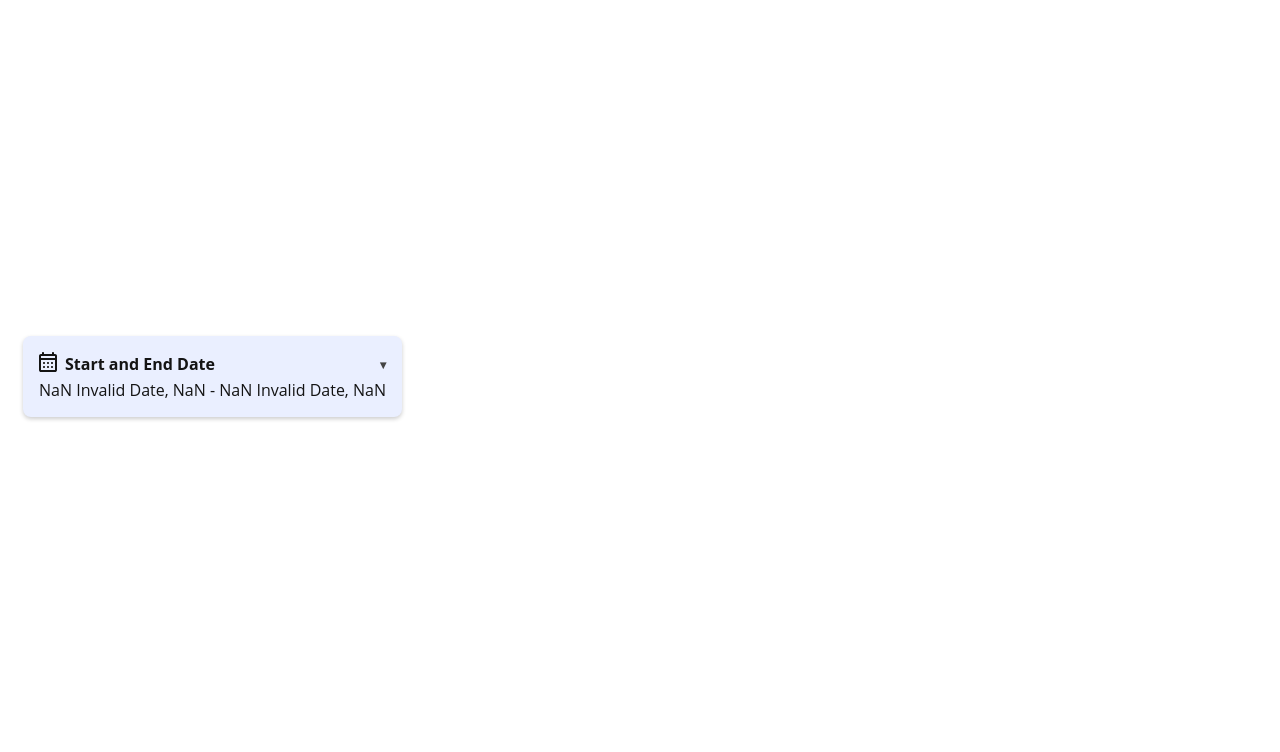
Repository: brunaguarizo/mosaic_app
Page: /
These files come from the project's save history. The page is drawn as it stood at one moment and after the next save; the edit follows.
The browser window is 1280 px wide. The pictures show the whole page.
The project was rebuilt for these pictures with package versions that can differ from the ones it lists, and the page was loaded fresh each time. The framework's server and built-in components were replaced by stand-ins that run in the browser. Also part of the build but not shown: next.config.mjs, app/_ui/navbar/Navbar.js, app/_ui/Button/Button.js, app/_ui/Tag/Tag.js, app/_ui/Project_card/Project_card.js, app/_ui/Date_PopUp/Date_PopUp.module.css, app/_ui/Date_PopUp/Date_PopUp.js.

Above is the page before, as saved 2025-04-18 11:26:37.

### app/page.js
import Navbar from "./_ui/Navbar/Navbar";
import ProjectCard from "./_ui/Project_card/Project_card";
import Button from "./_ui/Button/Button";
import DatePicker from "./_ui/Date_PopUp/Date_PopUp";
import DateCard from "./_ui/Date_Card/Date_Card";

export default function Home() {
    return (
        <div>
            <DateCard />
        </div>
    );
}

### app/globals.css
/* ------------------------------------------------------ GENERAL STYLES ------------------------------------------------------ */
*,
*::before,
*::after {
    box-sizing: inherit;
}

html,
body {
    padding: 0;
    margin: 0;
    font-family: var(--font-family);
    box-sizing: border-box;
}

html {
    display: flex;
    justify-content: center;
    align-items: center;
    width: 393px;
    height: 100%;
    margin: var(--space-regular);
}

.container {
}

.two-column {
    display: grid;
    grid-template-columns: 1fr 1fr;
    gap: var(--space-large);
}

/* ------------------------------------------------------ VARIABLES ------------------------------------------------------ */
:root {
    /* ----- COLORS ----- */
    --blue-primary: rgb(43, 95, 252);
    --blue-50: rgb(234, 239, 255);
    --blue-900: rgb(18, 40, 106);
    --white: #ffffff;
    --black: rgb(20, 20, 20);
    --grey-400: rgb(67, 67, 67);
    --yellow-secondary: rgb(255, 218, 1);
    --orange-secondary: rgb(255, 94, 9);
    --green-secondary: rgb(0, 193, 79);
    --purple-secondary: rgb(154, 65, 255);

    /* ----- TYPE ----- */
    --font-family: "Open Sans", sans-serif;

    --header-xxlarge-size: 88px;
    --title-section-font-size: 30px;
    --button-font-size: 24px;
    --body-text-font-size: 20px;
    --menu-font-size: 16px;
    --label-font-size: 12px;

    --font-style-normal: normal;
    --font-weight-bold: bold;

    --line-height-xxlarge: 100px;
    --line-height-large: 36px;
    --line-height-medium: 28px;
    --line-height-small: 20px;

    /* ----- SPACING ----- */
    --space-small: 8px;
    --space-regular: 16px;
    --space-medium: 32px;
    --space-large: 48px;
    --space-extra-large: 140px;
}

### app/_ui/Date_Card/Date_Card.js
"use client";

import styles from "./Date_Card.module.css";

export default function DateCard({ startDate, endDate, onClick }) {
    const formatDate = (date) => {
        const d = new Date(date);
        const day = d.getDate().toString().padStart(2, "0");
        const month = d.toLocaleString("en-US", { month: "short" });
        const year = d.getFullYear();
        return `${day} ${month}, ${year}`;
    };

    return (
        <div
            className={styles.card}
            onClick={onClick}>
            <div className={styles.header}>
                <span className={styles.icon}>
                    <svg
                        width='18'
                        height='20'
                        viewBox='0 0 18 20'
                        fill='none'
                        xmlns='http://www.w3.org/2000/svg'>
                        <path
                            d='M2 20C1.45 20 0.979167 19.8042 0.5875 19.4125C0.195833 19.0208 0 18.55 0 18V4C0 3.45 0.195833 2.97917 0.5875 2.5875C0.979167 2.19583 1.45 2 2 2H3V1C3 0.716667 3.09583 0.479167 3.2875 0.2875C3.47917 0.0958333 3.71667 0 4 0C4.28333 0 4.52083 0.0958333 4.7125 0.2875C4.90417 0.479167 5 0.716667 5 1V2H13V1C13 0.716667 13.0958 0.479167 13.2875 0.2875C13.4792 0.0958333 13.7167 0 14 0C14.2833 0 14.5208 0.0958333 14.7125 0.2875C14.9042 0.479167 15 0.716667 15 1V2H16C16.55 2 17.0208 2.19583 17.4125 2.5875C17.8042 2.97917 18 3.45 18 4V18C18 18.55 17.8042 19.0208 17.4125 19.4125C17.0208 19.8042 16.55 20 16 20H2ZM2 18H16V8H2V18ZM2 6H16V4H2V6ZM9 12C8.71667 12 8.47917 11.9042 8.2875 11.7125C8.09583 11.5208 8 11.2833 8 11C8 10.7167 8.09583 10.4792 8.2875 10.2875C8.47917 10.0958 8.71667 10 9 10C9.28333 10 9.52083 10.0958 9.7125 10.2875C9.90417 10.4792 10 10.7167 10 11C10 11.2833 9.90417 11.5208 9.7125 11.7125C9.52083 11.9042 9.28333 12 9 12ZM5 12C4.71667 12 4.47917 11.9042 4.2875 11.7125C4.09583 11.5208 4 11.2833 4 11C4 10.7167 4.09583 10.4792 4.2875 10.2875C4.47917 10.0958 4.71667 10 5 10C5.28333 10 5.52083 10.0958 5.7125 10.2875C5.90417 10.4792 6 10.7167 6 11C6 11.2833 5.90417 11.5208 5.7125 11.7125C5.52083 11.9042 5.28333 12 5 12ZM13 12C12.7167 12 12.4792 11.9042 12.2875 11.7125C12.0958 11.5208 12 11.2833 12 11C12 10.7167 12.0958 10.4792 12.2875 10.2875C12.4792 10.0958 12.7167 10 13 10C13.2833 10 13.5208 10.0958 13.7125 10.2875C13.9042 10.4792 14 10.7167 14 11C14 11.2833 13.9042 11.5208 13.7125 11.7125C13.5208 11.9042 13.2833 12 13 12ZM9 16C8.71667 16 8.47917 15.9042 8.2875 15.7125C8.09583 15.5208 8 15.2833 8 15C8 14.7167 8.09583 14.4792 8.2875 14.2875C8.47917 14.0958 8.71667 14 9 14C9.28333 14 9.52083 14.0958 9.7125 14.2875C9.90417 14.4792 10 14.7167 10 15C10 15.2833 9.90417 15.5208 9.7125 15.7125C9.52083 15.9042 9.28333 16 9 16ZM5 16C4.71667 16 4.47917 15.9042 4.2875 15.7125C4.09583 15.5208 4 15.2833 4 15C4 14.7167 4.09583 14.4792 4.2875 14.2875C4.47917 14.0958 4.71667 14 5 14C5.28333 14 5.52083 14.0958 5.7125 14.2875C5.90417 14.4792 6 14.7167 6 15C6 15.2833 5.90417 15.5208 5.7125 15.7125C5.52083 15.9042 5.28333 16 5 16ZM13 16C12.7167 16 12.4792 15.9042 12.2875 15.7125C12.0958 15.5208 12 15.2833 12 15C12 14.7167 12.0958 14.4792 12.2875 14.2875C12.4792 14.0958 12.7167 14 13 14C13.2833 14 13.5208 14.0958 13.7125 14.2875C13.9042 14.4792 14 14.7167 14 15C14 15.2833 13.9042 15.5208 13.7125 15.7125C13.5208 15.9042 13.2833 16 13 16Z'
                            fill='#141414'
                        />
                    </svg>
                </span>
                <span className={styles.label}>Start and End Date</span>
                <span className={styles.chevron}>▾</span>
            </div>
            <div className={styles.dateRange}>
                {formatDate(startDate)} - {formatDate(endDate)}
            </div>
        </div>
    );
}

### app/_ui/navbar/Navbar.module.css
.nav {
    width: 393px;
    height: 72px;
    justify-content: center;
    align-items: center;
    display: flex;
    flex-direction: row;
    padding: 0;
    margin: 0;
    gap: var(--space-large);
    border-top: 1px solid var(--grey-50);
}

.navbar__item {
    display: flex;
    flex-direction: column;
    justify-content: center;
    align-items: center;
    gap: 4px;
    text-decoration: none;
    width: 60px;
    height: 44px;
    padding-left: 32px;
    padding-right: 32px;
    margin: 0;
}

.navbar__icon {
    max-width: 16px;
    padding: 0;
    margin: 0;
    fill: var(--black);
}

.navbar__text {
    color: var(--black);
    font-size: var(--label-font-size);
    font-weight: var(--font-weight-400);
    line-height: var(--line-height-small);
    text-decoration: none;
    padding: 0;
    margin: 0;
}

.navbar__item:hover .navbar__text,
.navbar__item:hover .navbar__icon,
.navbar__item:active .navbar__text,
.navbar__item:active .navbar__icon {
    color: var(--blue-primary);
    fill: var(--blue-primary);
}

/* ------------------------------------------------------ VARIABLES ------------------------------------------------------ */
:root {
    /* ----- COLORS ----- */
    --blue-primary: rgb(43, 95, 252);
    --blue-50: rgb(234, 239, 255);
    --blue-100: #bdcdfe;
    --blue-900: rgb(18, 40, 106);
    --white: #ffffff;
    --black: rgb(20, 20, 20);
    --grey-400: rgb(67, 67, 67);
    --yellow-secondary: rgb(255, 218, 1);
    --orange-secondary: rgb(255, 94, 9);
    --green-secondary: rgb(0, 193, 79);
    --purple-secondary: rgb(154, 65, 255);

    /* ----- TYPE ----- */
    --font-family: "Open Sans", sans-serif;

    --font-size-extra-large: 30px;
    --font-size-large: 24px;
    --font-size-medium: 20px;
    --font-size-regular: 16px;
    --font-size-small: 12px;

    --font-style-normal: normal;
    --font-weight-bold: bold;

    --line-height-xxlarge: 100px;
    --line-height-large: 36px;
    --line-height-medium: 28px;
    --line-height-small: 20px;

    /* ----- SPACING ----- */
    --space-small: 8px;
    --space-regular: 16px;
    --space-medium: 32px;
    --space-large: 48px;
    --space-extra-large: 140px;
}

### app/_ui/Project_card/Project_card.module.css
.card__container {
    display: flex;
    flex-direction: column;
    justify-content: center;
    align-items: center;
    background-color: var(--blue-50);
    border-radius: var(--space-small);
    padding: var(--space-regular);
    gap: var(--space-regular);
}

.card__menu {
    width: 100%;
    display: flex;
    justify-content: flex-end;
    padding: 0;
    margin: 0;
}

.card__icon {
    fill: var(--blue-primary);
    padding: 0;
    margin: 0;

    &:hover {
        fill: var(--blue-900);
    }
}

.card__title {
    font-family: var(--font-family);
    font-size: var(--font-size-regular);
    font-weight: var(--font-weight-bold);
    color: var(--black);
    padding: 0;
    margin: 0;
}

.card__text {
    font-family: var(--font-family);
    font-size: var(--font-size-small);
    font-weight: var(--font-weight-regular);
    color: var(--black);
    text-align: center;
    padding: 0;
    margin: 0;
    max-width: 220px;
}

.date {
    display: flex;
    align-items: center;
    gap: var(--space-small);
    padding: 0;
    margin: 0;
}

.date__icon {
    fill: var(--black);
    padding: 0;
    margin: 0;
}

/* ------------------------------------------------------ VARIABLES ------------------------------------------------------ */
:root {
    /* ----- COLORS ----- */
    --blue-primary: rgb(43, 95, 252);
    --blue-50: rgb(234, 239, 255);
    --blue-100: #bdcdfe;
    --blue-900: rgb(18, 40, 106);
    --white: #ffffff;
    --black: rgb(20, 20, 20);
    --grey-400: rgb(67, 67, 67);
    --yellow-secondary: rgb(255, 218, 1);
    --orange-secondary: rgb(255, 94, 9);
    --green-secondary: rgb(0, 193, 79);
    --purple-secondary: rgb(154, 65, 255);

    /* ----- TYPE ----- */
    --font-family: "Open Sans", sans-serif;

    --font-size-extra-large: 30px;
    --font-size-large: 24px;
    --font-size-medium: 20px;
    --font-size-regular: 16px;
    --font-size-small: 12px;

    --font-style-normal: normal;
    --font-weight-bold: bold;

    --line-height-xxlarge: 100px;
    --line-height-large: 36px;
    --line-height-medium: 28px;
    --line-height-small: 20px;

    /* ----- SPACING ----- */
    --space-small: 8px;
    --space-regular: 16px;
    --space-medium: 32px;
    --space-large: 48px;
    --space-extra-large: 140px;
}

### app/_ui/Button/Button.module.css
.button {
    font-family: var(--font-family);
    font-size: var(--font-size-regular);
    font-weight: var(--font-weight-bold);
    width: 100%;
    padding-top: var(--space-small);
    padding-left: var(--space-regular);
    padding-right: var(--space-regular);
    padding-bottom: var(--space-small);
    border-radius: 100px;
    align-items: center;
    border: none;

    &:hover {
        background-color: var(--blue-900);
        color: var(--white);
    }
}

.primary {
    background: var(--blue-primary);
    color: var(--white);
}

.secondary {
    background-color: var(--white);
    border: 1px solid var(--blue-primary);
    color: var(--blue-primary);
}

.disabled {
    pointer-events: none;
    color: var(--white);
    background-color: var(--blue-100);
}

.small {
    font-size: var(--font-size-small);
    padding: var(--space-small);
    align-items: center;
}

.large {
    font-size: var(--font-size-large);
    padding: var(--space-regular);
}

.error {
    background-color: var(--orange-secondary);
}

/* ------------------------------------------------------ VARIABLES ------------------------------------------------------ */
:root {
    /* ----- COLORS ----- */
    --blue-primary: rgb(43, 95, 252);
    --blue-50: rgb(234, 239, 255);
    --blue-100: #bdcdfe;
    --blue-900: rgb(18, 40, 106);
    --white: #ffffff;
    --black: rgb(20, 20, 20);
    --grey-400: rgb(67, 67, 67);
    --yellow-secondary: rgb(255, 218, 1);
    --orange-secondary: rgb(255, 94, 9);
    --green-secondary: rgb(0, 193, 79);
    --purple-secondary: rgb(154, 65, 255);

    /* ----- TYPE ----- */
    --font-family: "Open Sans", sans-serif;

    --font-size-extra-large: 30px;
    --font-size-large: 24px;
    --font-size-medium: 20px;
    --font-size-regular: 16px;
    --font-size-small: 12px;

    --font-style-normal: normal;
    --font-weight-bold: bold;

    --line-height-xxlarge: 100px;
    --line-height-large: 36px;
    --line-height-medium: 28px;
    --line-height-small: 20px;

    /* ----- SPACING ----- */
    --space-small: 8px;
    --space-regular: 16px;
    --space-medium: 32px;
    --space-large: 48px;
    --space-extra-large: 140px;
}

### app/_ui/Date_Card/Date_Card.module.css
.card {
    background-color: var(--blue-50);
    border-radius: var(--space-small);
    padding: var(--space-regular);
    box-shadow: 0 2px 4px rgba(0, 0, 0, 0.2);
    font-family: var(--font-family);
    cursor: pointer;
    display: flex;
    flex-direction: column;
    width: fit-content;
}

.header {
    display: flex;
    align-items: center;
    gap: var(--space-small);
    font-size: var(--font-size-regular);
    font-weight: var(--font-weight-bold);
    color: var(--black);
}

.icon {
    font-size: var(--font-size-regular);
}

.label {
    flex-grow: 1;
}

.chevron {
    font-size: var(--font-size-small);
    color: var(--grey-400);
}

.dateRange {
    margin-top: 2px;
    font-size: var(--font-size-regular);
    color: var(--black);
}

/* ------------------------------------------------------ VARIABLES ------------------------------------------------------ */
:root {
    /* ----- COLORS ----- */
    --blue-primary: rgb(43, 95, 252);
    --blue-50: rgb(234, 239, 255);
    --blue-100: #bdcdfe;
    --blue-900: rgb(18, 40, 106);
    --white: #ffffff;
    --black: rgb(20, 20, 20);
    --grey-400: rgb(67, 67, 67);
    --yellow-secondary: rgb(255, 218, 1);
    --orange-secondary: rgb(255, 94, 9);
    --green-secondary: rgb(0, 193, 79);
    --purple-secondary: rgb(154, 65, 255);

    /* ----- TYPE ----- */
    --font-family: "Open Sans", sans-serif;

    --font-size-extra-large: 30px;
    --font-size-large: 24px;
    --font-size-medium: 20px;
    --font-size-regular: 16px;
    --font-size-small: 12px;

    --font-style-normal: normal;
    --font-weight-bold: bold;

    --line-height-xxlarge: 100px;
    --line-height-large: 36px;
    --line-height-medium: 28px;
    --line-height-small: 20px;

    /* ----- SPACING ----- */
    --space-small: 8px;
    --space-regular: 16px;
    --space-medium: 32px;
    --space-large: 48px;
    --space-extra-large: 140px;
}

### app/_ui/Tag/Tag.module.css
.tag {
    font-family: var(--font-family);
    font-size: var(--font-size-small);
    font-weight: var(--font-weight-regular);
    width: 80px;
    padding: var(--space-extra-small);
    border-radius: 100px;
    border: none;
    background-color: var(--orange-secondary);

    display: flex;
    justify-content: center;
    align-items: center;
    text-align: center;
}

/* ------------------------------------------------------ VARIABLES ------------------------------------------------------ */
:root {
    /* ----- COLORS ----- */
    --blue-primary: rgb(43, 95, 252);
    --blue-50: rgb(234, 239, 255);
    --blue-100: #bdcdfe;
    --blue-900: rgb(18, 40, 106);
    --white: #ffffff;
    --black: rgb(20, 20, 20);
    --grey-400: rgb(67, 67, 67);
    --yellow-secondary: rgb(255, 218, 1);
    --orange-secondary: rgb(255, 94, 9);
    --green-secondary: rgb(0, 193, 79);
    --purple-secondary: rgb(154, 65, 255);

    /* ----- TYPE ----- */
    --font-family: "Open Sans", sans-serif;

    --font-size-extra-large: 30px;
    --font-size-large: 24px;
    --font-size-medium: 20px;
    --font-size-regular: 16px;
    --font-size-small: 12px;

    --font-style-normal: normal;
    --font-weight-bold: bold;

    --line-height-xxlarge: 100px;
    --line-height-large: 36px;
    --line-height-medium: 28px;
    --line-height-small: 20px;

    /* ----- SPACING ----- */
    --space-extra-small: 4px;
    --space-small: 8px;
    --space-regular: 16px;
    --space-medium: 32px;
    --space-large: 48px;
    --space-extra-large: 140px;
}

Loaded but not shown: app/layout.js (common file)

After the next save:
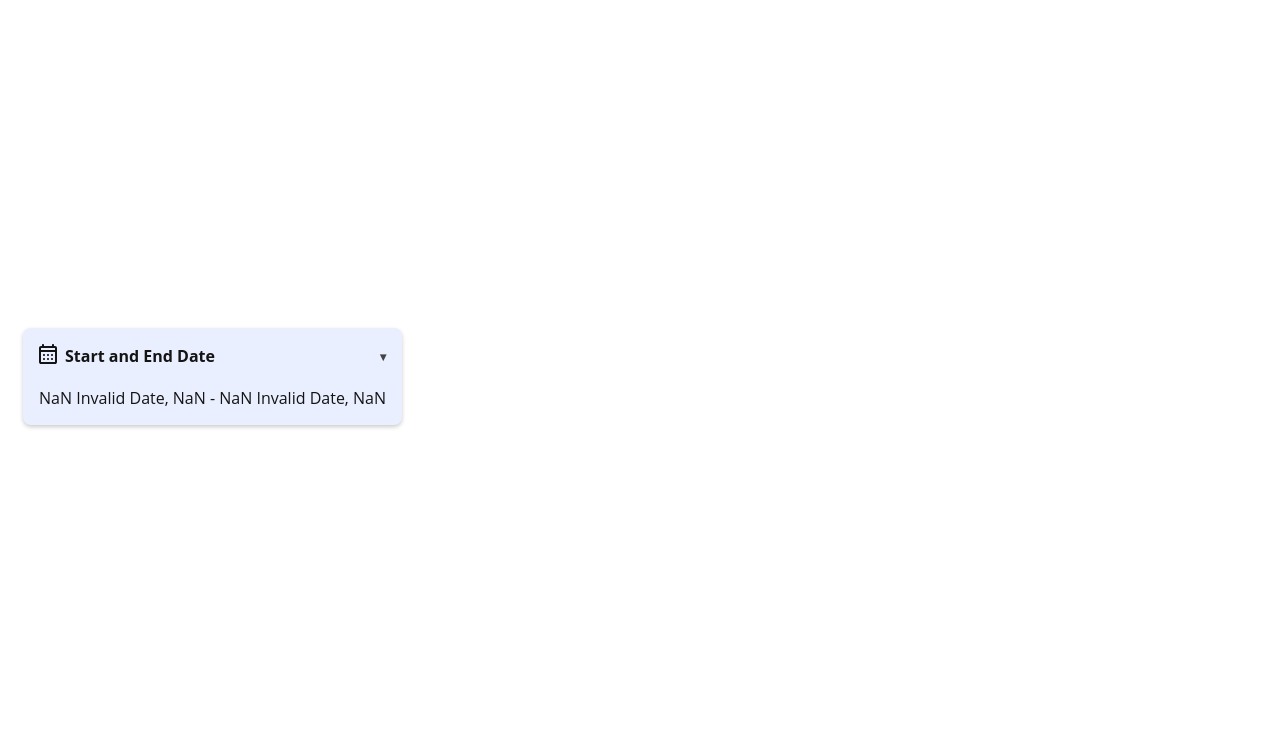
Saved 23 s later.
--- a/app/_ui/Date_Card/Date_Card.module.css
+++ b/app/_ui/Date_Card/Date_Card.module.css
@@ -2,6 +2,7 @@
     background-color: var(--blue-50);
     border-radius: var(--space-small);
     padding: var(--space-regular);
+    gap: var(--space-regular);
     box-shadow: 0 2px 4px rgba(0, 0, 0, 0.2);
     font-family: var(--font-family);
     cursor: pointer;
